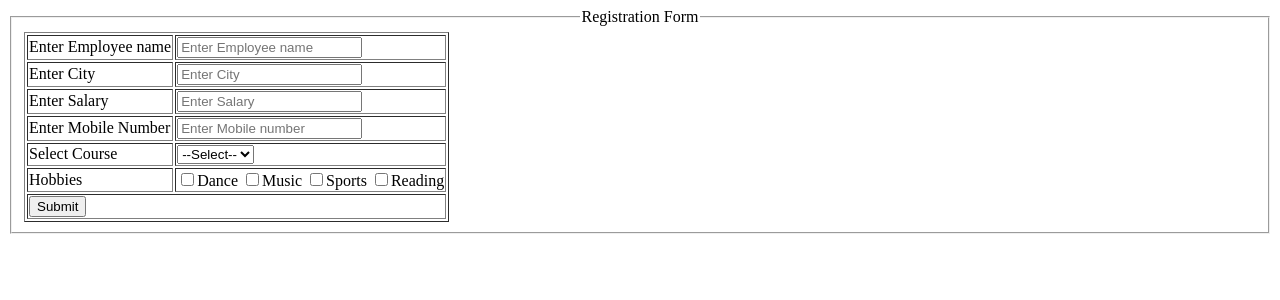
Repository: bigee1397/22-3-2024
Page: http://localhost/RDDemo/
The author's editor kept a copy of each file at every save. The page is drawn from the files as they stood at one save, then again after a run of saves.
The browser window is 1280 px wide. The pictures show the whole page.
The page is served by Tomcat 9. Other server files are loaded and not shown.

Above is the page before, as saved 2024-03-15 05:02:53.

### jspandservlets/RDDemo/src/main/webapp/index.jsp
<%@ page language="java" contentType="text/html; charset=ISO-8859-1"
    pageEncoding="ISO-8859-1" %>
<!DOCTYPE html>
<html>
<head>
<meta charset="ISO-8859-1">
<title>Insert title here</title>
</head>
<body>
	<fieldset>
		<legend align="center">Registration Form</legend>
		<form action="registerServlet" method="post">
			<table align="left" border="1">
				<tr>
					<td>Enter Employee name</td>
					<td><input type="text" name="employeeName" placeholder="Enter Employee name" /> </td>
				</tr>
				<tr>
					<td>Enter City</td>
					<td><input type="text" name="city" placeholder="Enter City" /> </td>
				</tr>
				<tr>
					<td>Enter Salary</td>
					<td><input type="number" name="salary" placeholder="Enter Salary" /> </td>
				</tr>
				<tr>
					<td>Enter Mobile Number</td>
					<td><input type="tel" name="mobile" placeholder="Enter Mobile number" /> </td>
				</tr>
				<tr>
					<td>Select Course</td>
					<td>
						<select name="course">
				            <option>--Select--</option>
				            <option value="Java">Java</option>
				            <option value="Spring">Spring</option>
				            <option value="Angular">Angular</option>
				            <option value="Node">Node</option>
			        	</select>
			        </td>
				</tr>
				<tr>
					<td>Hobbies</td>
					<td>
						<input type="checkbox" name="hobby" value="dance">Dance
				        <input type="checkbox" name="hobby" value="music">Music
				        <input type="checkbox" name="hobby" value="sports">Sports
				        <input type="checkbox" name="hobby" value="reading">Reading
			        </td>
				</tr>
				<tr>
					<td colspan=2><input type="submit" value="Submit"></td>
				</tr>

			</table>
		</form>
	</fieldset>
</body>
</html>

After the next 2 saves:
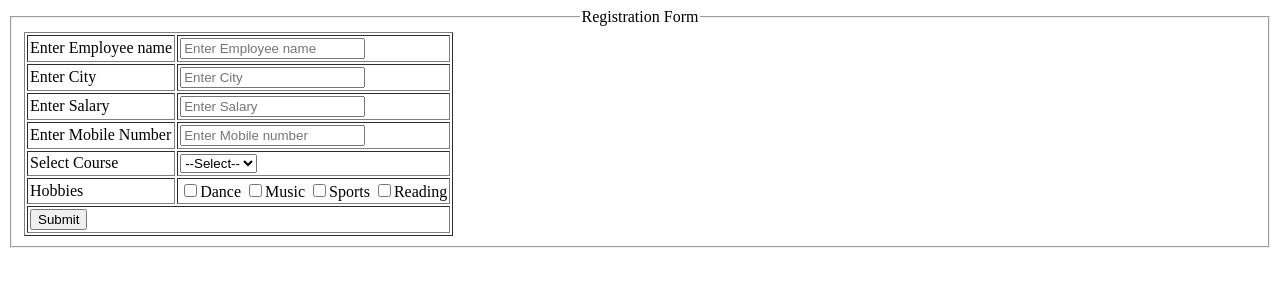
The 2 saves are shown as one change because they came seconds apart.
The last was saved 25 s later.
--- a/jspandservlets/RDDemo/src/main/webapp/index.jsp
+++ b/jspandservlets/RDDemo/src/main/webapp/index.jsp
@@ -5,6 +5,11 @@
 <head>
 <meta charset="ISO-8859-1">
 <title>Insert title here</title>
+<style>
+	td{
+		padding:2px;
+	}
+</style>
 </head>
 <body>
 	<fieldset>
